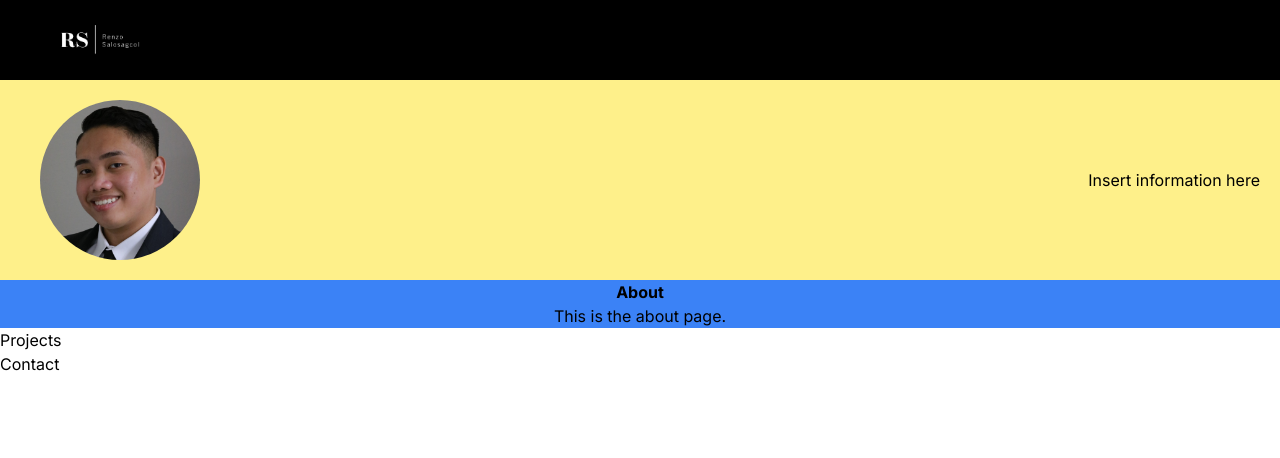
Repository: Renzo-Salosagcol/Portfolio-Website
Page: / (app in resume_website/)
An editor plug-in stored every save of this project. The page is shown before and after a run of saves, followed by the edit.
The browser window is 1280 px wide. The pictures show the whole page.
The project was rebuilt for these pictures with package versions that can differ from the ones it lists, and the page was loaded fresh each time. Also part of the build but not shown: resume_website/vite.config.js.

Above is the page before, as saved 2024-12-10 15:02:22.

### resume_website/index.html
<!doctype html>
<html lang="en">
  <head>
    <meta charset="UTF-8" />
    <link rel="icon" type="image/svg+xml" href="/vite.svg" />
    <meta name="viewport" content="width=device-width, initial-scale=1.0" />
    <title>Renzo Salosagcol</title>
  </head>
  <body>
    <div id="root"></div>
    <script type="module" src="/src/main.jsx"></script>
  </body>
</html>

### resume_website/src/index.css
@import url('https://fonts.googleapis.com/css2?family=Inter:opsz,wght@14..32,100..900&family=Roboto:wght@400;500;700&display=swap');

@tailwind base;
@tailwind components;
@tailwind utilities;

:root {
  font-family: "Inter", sans-serif;
}

### resume_website/src/App.jsx
import Nav from './components/Nav'
import Hero from "./components/Hero";
import About from "./components/about";

const App = () => {
  return (
    <div>
      <div class="fixed h-full w-full bg-blue"><div class="absolute bottom-0 left-0 right-0 top-0 bg-[url(&#x27;/noise.png&#x27;)] bg-[size:300px_300px] bg-left-top"></div>
      </div>
      <nav className="fixed block w-full h-20 top-0">
        <Nav />
      </nav>
      <main className="mt-20">
        <Hero />
        <About />
        Projects

      </main>
      <footer>
        Contact
      </footer>
    </div>
  )
}

export default App;

### resume_website/src/components/Nav.jsx
import logoImage from "../assets/InitialPortfolioLogo.png";
import {
  NavigationMenu,
  NavigationMenuContent,
  NavigationMenuIndicator,
  NavigationMenuItem,
  NavigationMenuLink,
  NavigationMenuList,
  NavigationMenuTrigger,
  NavigationMenuViewport,
} from "../components/ui/navigation-menu";
import { navigationMenuTriggerStyle } from "../components/ui/navigation-menu";


const Nav = () => {
  return (
    <nav className="flex items-center bg-black w-full justify-between h-10 p-10 top-0">
      <div className="mx-5 flex-shrink-0">
        <img className="w-20 h-15" src={logoImage} alt="logo" />
      </div>
      <div className="flex-1 flex justify-end">
        <NavigationMenu className="font-sans w-max">
          <NavigationMenuList className="flex">
            <NavigationMenuItem className="flex-1 px-2">
              <NavigationMenuLink href="#" className="hover:underline">Home</NavigationMenuLink>
            </NavigationMenuItem>
            <NavigationMenuItem className="flex-1 px-2">
              <NavigationMenuLink href="#" className="hover:underline">About</NavigationMenuLink>
            </NavigationMenuItem>
            <NavigationMenuItem className="flex-1 px-2">
              <NavigationMenuLink href="#" className="hover:underline">Projects</NavigationMenuLink>
            </NavigationMenuItem>
            <NavigationMenuItem className="flex-1 px-2">
              <NavigationMenuLink href="#" className="hover:underline">Contact</NavigationMenuLink>
            </NavigationMenuItem>
          </NavigationMenuList>
        </NavigationMenu>
      </div>
    </nav>
  );
}

export default Nav;

### resume_website/src/components/Hero.jsx
import profilePic from "../assets/ProfilePic.png";

const Hero = () => {
  return (
    <div className="bg-yellow-200 text-black w-full flex items-center justify-between p-5">
      <img src={ profilePic } alt="profile" className="w-50 h-40 rounded-full mx-5"/>
      <div className="justify-items-start">
        Insert information here
      </div>
    </div>
  );
};

export default Hero;

### resume_website/src/components/about.jsx
const About = () => {
  return (
    <div className="flex flex-col items-center justify-center bg-blue-500">
      <h1 className="font-bold">About</h1>
      <p className="">This is the about page.</p>
    </div>
  );
}

export default About;

### resume_website/src/components/ui/navigation-menu.jsx
import * as React from "react"
import * as NavigationMenuPrimitive from "@radix-ui/react-navigation-menu"
import { cva } from "class-variance-authority"
import { ChevronDown } from "lucide-react"

import { cn } from "@/lib/utils"

const NavigationMenu = React.forwardRef(({ className, children, ...props }, ref) => (
  <NavigationMenuPrimitive.Root
    ref={ref}
    className={cn(
      "relative z-10 flex max-w-max flex-1 items-center justify-center",
      className
    )}
    {...props}>
    {children}
    <NavigationMenuViewport />
  </NavigationMenuPrimitive.Root>
))
NavigationMenu.displayName = NavigationMenuPrimitive.Root.displayName

const NavigationMenuList = React.forwardRef(({ className, ...props }, ref) => (
  <NavigationMenuPrimitive.List
    ref={ref}
    className={cn(
      "group flex flex-1 list-none items-center justify-center space-x-1",
      className
    )}
    {...props} />
))
NavigationMenuList.displayName = NavigationMenuPrimitive.List.displayName

const NavigationMenuItem = NavigationMenuPrimitive.Item

const navigationMenuTriggerStyle = cva(
  "group inline-flex h-9 w-max items-center justify-center rounded-md bg-white px-4 py-2 text-sm font-medium transition-colors hover:bg-zinc-100 hover:text-zinc-900 focus:bg-zinc-100 focus:text-zinc-900 focus:outline-none disabled:pointer-events-none disabled:opacity-50 data-[active]:bg-zinc-100/50 data-[state=open]:bg-zinc-100/50 dark:bg-zinc-950 dark:hover:bg-zinc-800 dark:hover:text-zinc-50 dark:focus:bg-zinc-800 dark:focus:text-zinc-50 dark:data-[active]:bg-zinc-800/50 dark:data-[state=open]:bg-zinc-800/50"
)

const NavigationMenuTrigger = React.forwardRef(({ className, children, ...props }, ref) => (
  <NavigationMenuPrimitive.Trigger
    ref={ref}
    className={cn(navigationMenuTriggerStyle(), "group", className)}
    {...props}>
    {children}{""}
    <ChevronDown
      className="relative top-[1px] ml-1 h-3 w-3 transition duration-300 group-data-[state=open]:rotate-180"
      aria-hidden="true" />
  </NavigationMenuPrimitive.Trigger>
))
NavigationMenuTrigger.displayName = NavigationMenuPrimitive.Trigger.displayName

const NavigationMenuContent = React.forwardRef(({ className, ...props }, ref) => (
  <NavigationMenuPrimitive.Content
    ref={ref}
    className={cn(
      "left-0 top-0 w-full data-[motion^=from-]:animate-in data-[motion^=to-]:animate-out data-[motion^=from-]:fade-in data-[motion^=to-]:fade-out data-[motion=from-end]:slide-in-from-right-52 data-[motion=from-start]:slide-in-from-left-52 data-[motion=to-end]:slide-out-to-right-52 data-[motion=to-start]:slide-out-to-left-52 md:absolute md:w-auto",
      className
    )}
    {...props} />
))
NavigationMenuContent.displayName = NavigationMenuPrimitive.Content.displayName

const NavigationMenuLink = NavigationMenuPrimitive.Link

const NavigationMenuViewport = React.forwardRef(({ className, ...props }, ref) => (
  <div className={cn("absolute left-0 top-full flex justify-center")}>
    <NavigationMenuPrimitive.Viewport
      className={cn(
        "origin-top-center relative mt-1.5 h-[var(--radix-navigation-menu-viewport-height)] w-full overflow-hidden rounded-md border border-zinc-200 bg-white text-zinc-950 shadow data-[state=open]:animate-in data-[state=closed]:animate-out data-[state=closed]:zoom-out-95 data-[state=open]:zoom-in-90 md:w-[var(--radix-navigation-menu-viewport-width)] dark:border-zinc-800 dark:bg-zinc-950 dark:text-zinc-50",
        className
      )}
      ref={ref}
      {...props} />
  </div>
))
NavigationMenuViewport.displayName =
  NavigationMenuPrimitive.Viewport.displayName

const NavigationMenuIndicator = React.forwardRef(({ className, ...props }, ref) => (
  <NavigationMenuPrimitive.Indicator
    ref={ref}
    className={cn(
      "top-full z-[1] flex h-1.5 items-end justify-center overflow-hidden data-[state=visible]:animate-in data-[state=hidden]:animate-out data-[state=hidden]:fade-out data-[state=visible]:fade-in",
      className
    )}
    {...props}>
    <div
      className="relative top-[60%] h-2 w-2 rotate-45 rounded-tl-sm bg-zinc-200 shadow-md dark:bg-zinc-800" />
  </NavigationMenuPrimitive.Indicator>
))
NavigationMenuIndicator.displayName =
  NavigationMenuPrimitive.Indicator.displayName

export {
  navigationMenuTriggerStyle,
  NavigationMenu,
  NavigationMenuList,
  NavigationMenuItem,
  NavigationMenuContent,
  NavigationMenuTrigger,
  NavigationMenuLink,
  NavigationMenuIndicator,
  NavigationMenuViewport,
}

### resume_website/src/assets/constants.js
const aboutInformation = "I am a software engineer with a passion for creating and developing software applications. I have experience in developing web applications using React, Node.js, and Express.js. I have also worked on developing mobile applications using React Native. I am always looking to learn new technologies and improve my skills. I am a quick learner and a team player"

export default aboutInformation;

Loaded but not shown: resume_website/src/main.jsx (common file); resume_website/src/lib/utils.js (common file); resume_website/tailwind.config.js (common file)

After the next 2 saves:
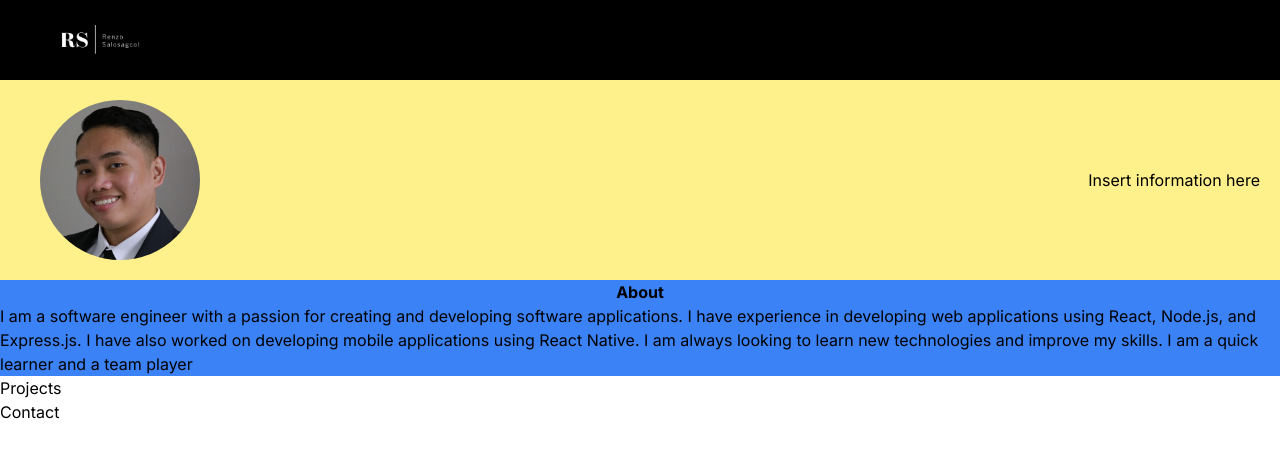
The 2 saves are shown as one change because 1 did not build or start.
The last was saved 76 s later.
--- a/resume_website/src/components/about.jsx
+++ b/resume_website/src/components/about.jsx
@@ -1,8 +1,10 @@
+import aboutInformation from '../assets/constants';
+
 const About = () => {
   return (
     <div className="flex flex-col items-center justify-center bg-blue-500">
       <h1 className="font-bold">About</h1>
-      <p className="">This is the about page.</p>
+      <p className="">{ aboutInformation }</p>
     </div>
   );
 }
